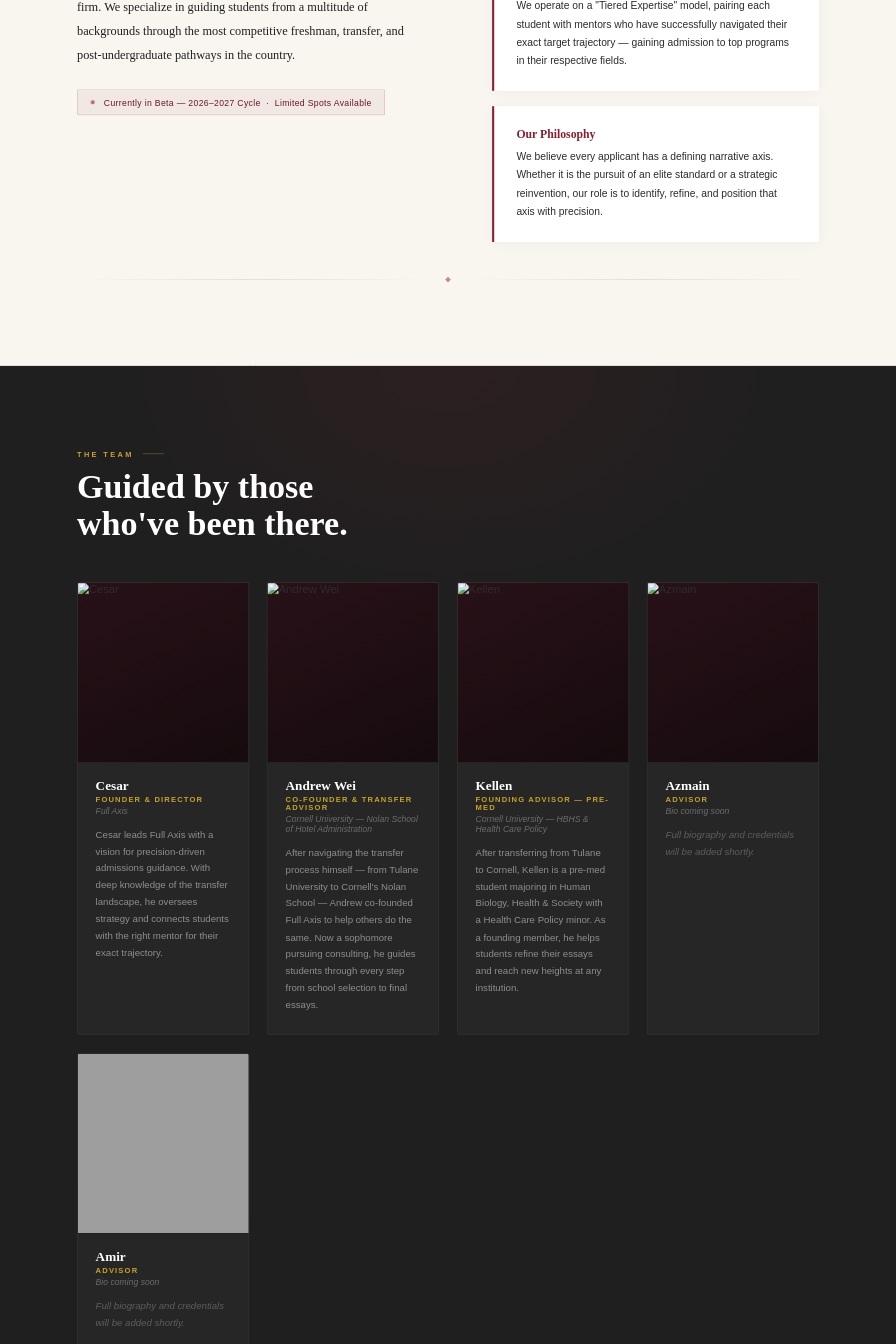
Repository: epeguero8311/cesar
Page: index.html
These files come from the project's save history. The page is drawn as it stood at one moment and after the next save; the edit follows.
The browser window is 1280 px wide. The pictures show the part of the page from y = 1244 to 3164 px (the page is 5645 px tall), at 70% of full size.
Pictures or frames that could not be fetched are drawn as grey boxes.

Above is the page before, as saved 2026-04-26 22:26:17.
Not found: headshot1.png
Not found: headshot2.png
Not found: headshot3.png

### index.html
<!DOCTYPE html>
<html lang="en">
<head>
<meta charset="UTF-8" />
<meta name="viewport" content="width=device-width, initial-scale=1.0" />
<title>Full Axis — Prestige Admissions Advisory</title>
<link rel="preconnect" href="https://fonts.googleapis.com" />
<link rel="preconnect" href="https://fonts.gstatic.com" crossorigin />
<link href="https://fonts.googleapis.com/css2?family=Playfair+Display:ital,wght@0,400;0,600;0,700;1,400;1,600&family=Libre+Baskerville:ital,wght@0,400;0,700;1,400&family=DM+Sans:opsz,wght@9..40,300;9..40,400;9..40,500;9..40,600;9..40,700&display=swap" />
<link rel="stylesheet" href="style.css" />
</head>
<body>

<!-- NAV -->
<nav>
  <div class="nav-brand">
    <div class="nav-emblem">
      <svg viewBox="0 0 36 36" fill="none" xmlns="http://www.w3.org/2000/svg">
        <circle cx="18" cy="18" r="16.5" stroke="#8B1E2F" stroke-width="1.8"/>
        <line x1="9" y1="9" x2="27" y2="27" stroke="#C9A227" stroke-width="2" stroke-linecap="round"/>
        <line x1="27" y1="9" x2="9" y2="27" stroke="#C9A227" stroke-width="2" stroke-linecap="round"/>
        <circle cx="18" cy="18" r="3.2" fill="#8B1E2F"/>
        <circle cx="18" cy="18" r="1.6" fill="#C9A227"/>
      </svg>
    </div>
    <div class="nav-logo-text">Full <span>Axis</span></div>
  </div>
  <ul class="nav-links">
    <li><a href="#mission">Mission</a></li>
    <li><a href="#team">Team</a></li>
    <li><a href="#pricing">Packages</a></li>
    <li><a href="#apply" class="nav-cta">Apply Now</a></li>
  </ul>
</nav>

<!-- HERO -->
<section id="hero">
  <div class="hero-inner">
    <div class="hero-eyebrow">Prestige Admissions Advisory</div>
    <h1 class="hero-title">Your defining<br /><em>axis</em> starts here.</h1>
    <div class="hero-rule"></div>
    <p class="hero-sub">Major-specific guidance for the most competitive freshman, transfer, and post-undergraduate pathways in the country.</p>
    <div class="hero-actions">
      <a href="#apply" class="btn-primary">Begin Your Application</a>
      <a href="#mission" class="btn-outline">Learn More</a>
    </div>
  </div>
</section>

<!-- STATS RIBBON -->
<div class="stats-ribbon">
  <div class="stat"><strong>Tier 1</strong>&nbsp;Target Schools</div>
  <div class="stat-sep"></div>
  <div class="stat"><strong>Paired</strong>&nbsp;Major-Specific Mentors</div>
  <div class="stat-sep"></div>
  <div class="stat"><strong>Beta</strong>&nbsp;2026–27 Cycle</div>
  <div class="stat-sep"></div>
  <div class="stat"><strong>Free</strong>&nbsp;First Consultation</div>
</div>

<!-- MISSION -->
<section id="mission">
  <div class="section-inner">
    <div class="section-label">Who We Are</div>
    <h2 class="section-title">Built on precision.<br />Defined by results.</h2>
    <div class="mission-grid">
      <div class="reveal">
        <p class="mission-statement">Full Axis is a prestige-focused, major-specific admissions advisory firm. We specialize in guiding students from a multitude of backgrounds through the most competitive freshman, transfer, and post-undergraduate pathways in the country.</p>
        <div class="beta-badge">
          <span class="beta-dot"></span>
          Currently in Beta — 2026–2027 Cycle &nbsp;·&nbsp; Limited Spots Available
        </div>
      </div>
      <div class="mission-right reveal d2">
        <div class="pillar">
          <h3>Our Approach</h3>
          <p>We operate on a "Tiered Expertise" model, pairing each student with mentors who have successfully navigated their exact target trajectory — gaining admission to top programs in their respective fields.</p>
        </div>
        <div class="pillar">
          <h3>Our Philosophy</h3>
          <p>We believe every applicant has a defining narrative axis. Whether it is the pursuit of an elite standard or a strategic reinvention, our role is to identify, refine, and position that axis with precision.</p>
        </div>
      </div>
    </div>
    <div class="ornament"><div class="ornament-diamond"></div></div>
  </div>
</section>

<!-- TEAM -->
<section id="team">
  <div class="section-inner">
    <div class="team-intro">
      <div class="section-label">The Team</div>
      <h2 class="section-title on-dark">Guided by those<br />who've been there.</h2>
    </div>
    <div class="team-grid">
      <!-- Cesar -->
      <div class="team-card reveal">
        <div class="team-photo">
          <img src="headshot1.png" alt="Cesar" class="team-headshot" />
        </div>
        <div class="team-info">
          <div class="team-name">Cesar</div>
          <div class="team-role">Founder &amp; Director</div>
          <div class="team-school">Full Axis</div>
          <p class="team-bio">Cesar leads Full Axis with a vision for precision-driven admissions guidance. With deep knowledge of the transfer landscape, he oversees strategy and connects students with the right mentor for their exact trajectory.</p>
        </div>
      </div>
      <!-- Andrew -->
      <div class="team-card reveal d1">
        <div class="team-photo">
          <img src="headshot2.png" alt="Andrew Wei" class="team-headshot" />
        </div>
        <div class="team-info">
          <div class="team-name">Andrew Wei</div>
          <div class="team-role">Co-Founder &amp; Transfer Advisor</div>
          <div class="team-school">Cornell University — Nolan School of Hotel Administration</div>
          <p class="team-bio">After navigating the transfer process himself — from Tulane University to Cornell's Nolan School — Andrew co-founded Full Axis to help others do the same. Now a sophomore pursuing consulting, he guides students through every step from school selection to final essays.</p>
        </div>
      </div>
      <!-- Kellen -->
      <div class="team-card reveal d2">
        <div class="team-photo">
          <img src="headshot3.png" alt="Kellen" class="team-headshot" />
        </div>
        <div class="team-info">
          <div class="team-name">Kellen</div>
          <div class="team-role">Founding Advisor — Pre-Med</div>
          <div class="team-school">Cornell University — HBHS &amp; Health Care Policy</div>
          <p class="team-bio">After transferring from Tulane to Cornell, Kellen is a pre-med student majoring in Human Biology, Health &amp; Society with a Health Care Policy minor. As a founding member, he helps students refine their essays and reach new heights at any institution.</p>
        </div>
      </div>
      <!-- Azmain -->
      <div class="team-card reveal d3">
        <div class="team-photo">
          <img src="headshot4.png" alt="Azmain" class="team-headshot" />
        </div>
        <div class="team-info">
          <div class="team-name">Azmain</div>
          <div class="team-role">Advisor</div>
          <div class="team-school">Bio coming soon</div>
          <p class="team-bio" style="color:rgba(255,255,255,0.25);font-style:italic">Full biography and credentials will be added shortly.</p>
        </div>
      </div>
      <!-- Amir -->
      <div class="team-card reveal d4">
        <div class="team-photo">
          <img src="headshot5.png" alt="Amir" class="team-headshot" />
        </div>
        <div class="team-info">
          <div class="team-name">Amir</div>
          <div class="team-role">Advisor</div>
          <div class="team-school">Bio coming soon</div>
          <p class="team-bio" style="color:rgba(255,255,255,0.25);font-style:italic">Full biography and credentials will be added shortly.</p>
        </div>
      </div>
    </div>
  </div>
</section>

<!-- PRICING -->
<section id="pricing">
  <div class="section-inner">
    <div class="pricing-hd reveal">
      <div class="section-label">Fee Structure</div>
      <h2 class="section-title">Transparent pricing.<br />Unmatched access.</h2>
      <div class="pricing-beta-block">Full Axis is currently in its beta cycle for the 2026–2027 admissions year. As we onboard our inaugural cohort, we are offering introductory rates across all packages. Pricing may adjust as we scale — all current students are locked in at their original rate.</div>
    </div>

    <h3 class="axis-heading">Transfer Axis</h3>
    <p class="axis-desc">Comprehensive, mentor-paired support for students navigating the transfer admissions process — from school research to final submission.</p>
    <div class="pkg-grid reveal">
      <div class="pkg">
        <div class="pkg-name">Starter</div>
        <ul class="pkg-feats">
          <li class="pkg-feat">Paired mentor throughout application process</li>
          <li class="pkg-feat">Guaranteed monthly meetings</li>
          <li class="pkg-feat">Essay review for up to 2 schools</li>
        </ul>
        <div class="consult-note">✦ Free initial consultation included</div>
      </div>
      <div class="pkg featured">
        <div class="pkg-badge">Most Popular</div>
        <div class="pkg-name">Founders</div>
        <ul class="pkg-feats">
          <li class="pkg-feat">Paired mentor throughout application process</li>
          <li class="pkg-feat">Guaranteed monthly meetings</li>
          <li class="pkg-feat">Essay review for up to 5 schools</li>
          <li class="pkg-feat">Tailored roadmap built to your individual profile</li>
        </ul>
        <div class="consult-note">✦ Free initial consultation included</div>
      </div>
      <div class="pkg">
        <div class="pkg-name">Advanced</div>
        <ul class="pkg-feats">
          <li class="pkg-feat">Paired mentor throughout application process</li>
          <li class="pkg-feat">Guaranteed monthly meetings</li>
          <li class="pkg-feat">Essay review for up to 7 schools</li>
          <li class="pkg-feat">Tailored roadmap built to your individual profile</li>
        </ul>
        <div class="consult-note">✦ Free initial consultation included</div>
      </div>
      <div class="pkg">
        <div class="pkg-name">Premium</div>
        <ul class="pkg-feats">
          <li class="pkg-feat">Paired mentor throughout application process</li>
          <li class="pkg-feat">Guaranteed monthly meetings</li>
          <li class="pkg-feat">Essay review for up to 10 schools</li>
          <li class="pkg-feat">Tailored roadmap built to your individual profile</li>
        </ul>
        <div class="consult-note">✦ Free initial consultation included</div>
      </div>
    </div>

    <h3 class="axis-heading" style="margin-top:4.5rem">Review Axis</h3>
    <p class="axis-desc">Targeted essay review for applicants who want expert feedback without a full advisory commitment.</p>
    <div class="rev-grid reveal">
      <div class="rev-card">
        <div class="rev-card-title">High Schoolers — Essay Only</div>
        <div class="rev-price">$200</div>
        <ul class="rev-feats">
          <li class="rev-feat">Personal statement review + one-time editing &amp; recommendations</li>
          <li class="rev-feat"><em>— or —</em>&nbsp; Two supplemental essay reviews + one-time editing &amp; recommendations</li>
        </ul>
      </div>
      <div class="rev-card">
        <div class="rev-card-title">Transfers — Essay Only</div>
        <div class="rev-price">$200</div>
        <ul class="rev-feats">
          <li class="rev-feat">Single supplemental essay + one-time editing &amp; recommendation</li>
        </ul>
        <div class="rev-addons">
          <div class="addon"><strong>+ $150</strong>&nbsp;each additional supplemental essay</div>
          <div class="addon"><strong>$75</strong>&nbsp;essays under 100 words</div>
          <div class="addon"><strong>+ $50</strong>&nbsp;each additional short essay</div>
        </div>
      </div>
    </div>
  </div>
</section>

<!-- APPLY -->
<section id="apply">
  <div class="section-inner">
    <div class="apply-grid reveal">
      <div>
        <div class="section-label">Get Started</div>
        <h2 class="apply-title">Ready to find<br />your <em>axis?</em></h2>
        <p class="apply-sub">Submit your application through our intake form and a member of our team will reach out within 48 hours. Spots for the 2026–2027 cycle are limited.</p>
        <div class="consult-callout">
          <strong>✦ Free First Consultation — Included With Every Application</strong>
          <p>Every student who applies receives a complimentary initial consultation at no cost. We assess your profile and identify the best pathway forward — no commitment required.</p>
        </div>
      </div>
      <div class="apply-box">
        <div class="apply-icon">
          <svg viewBox="0 0 24 24"><path d="M9 12l2 2 4-4M21 12a9 9 0 11-18 0 9 9 0 0118 0z"/></svg>
        </div>
        <h3>Apply Now</h3>
        <p>Complete our short intake form. Every application is reviewed personally by our team.</p>
        <a href="https://docs.google.com/forms/d/e/1FAIpQLScUDjj1qCY2eGsnEcSMR6XEw2gf3683vUFKNtnaJ8jySrxoOg/viewform?usp=header"
           target="_blank" rel="noopener noreferrer" class="btn-apply">Begin Your Application →</a>
        <p class="apply-fine">Beta Cycle — 2026–2027 Admissions Year</p>
      </div>
    </div>
  </div>
</section>

<!-- FOOTER -->
<footer>
  <div class="ft-logo">Full <span>Axis</span></div>
  <div class="ft-note">Full Axis is currently operating in its beta cycle for the 2026–2027 admissions year. Prestige-focused, major-specific admissions advisory.</div>
  <div class="ft-copy">© 2026 Full Axis</div>
</footer>

<script src="main.js"></script>
</body>
</html>

Loaded but not shown: main.js (5 lines, source omitted); style.css (293 lines, source omitted)

After the next save:
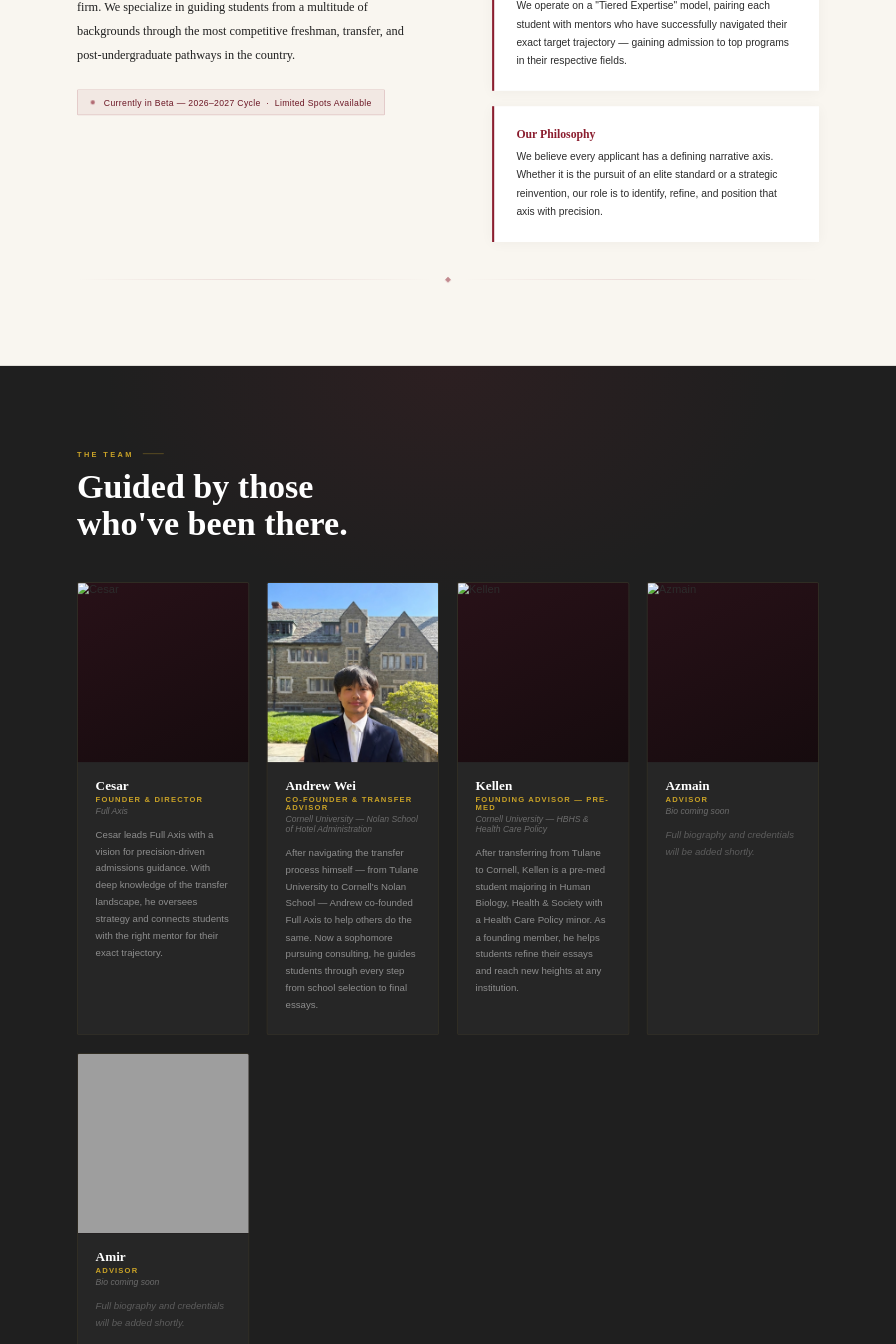
Saved 23 s later.
--- a/index.html
+++ b/index.html
@@ -109,7 +109,7 @@
       <!-- Andrew -->
       <div class="team-card reveal d1">
         <div class="team-photo">
-          <img src="headshot2.png" alt="Andrew Wei" class="team-headshot" />
+          <img src="headshot-Andrew_Wei 2.JPEG" alt="Andrew Wei" class="team-headshot" />
         </div>
         <div class="team-info">
           <div class="team-name">Andrew Wei</div>
